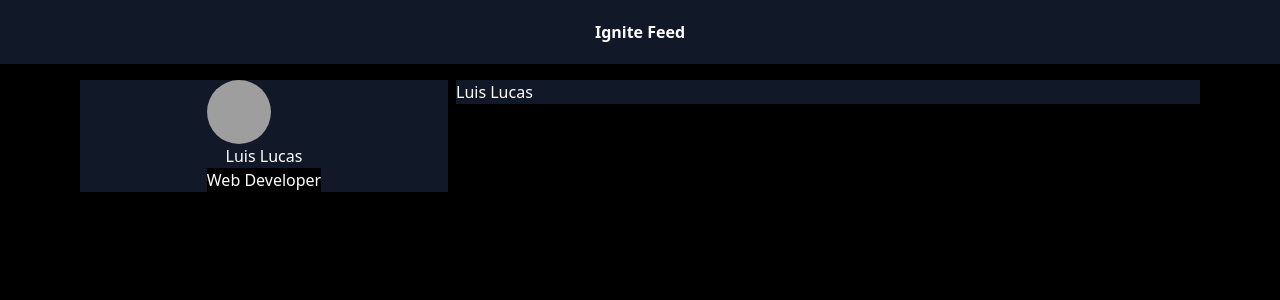
Repository: LuisSempre/ignite-feed
Page: /
An editor plug-in stored every save of this project. The page is shown before and after the next save, followed by the edit.
The browser window is 1280 px wide. The pictures show the whole page.
Pictures or frames that could not be fetched are drawn as grey boxes. The project was rebuilt for these pictures with package versions that can differ from the ones it lists, and the page was loaded fresh each time. Also part of the build but not shown: vite.config.js.

Above is the page before, as saved 2022-07-13 21:31:18.

### src/App.jsx
import { Header } from "./Components/Header"
import { Sidebar } from "./Components/Sidebar"
function App() {
  return (
    <div>
      <Header />
      <div className="max-w-6xl mx-auto p-4 grid grid-cols-3 gap-2 items-start">
        <Sidebar />
        <div className="bg-gray-900 col-span-2">
          Luis Lucas
        </div>
      </div>
    </div>
  );
}

export default App;

### src/index.css
@tailwind base;
@tailwind components;
@tailwind utilities;

* {
    @apply bg-black text-white;
}

h1 {
    @apply bg-gray-900
}

### src/Components/Header.jsx
export function Header() {
  return (
    <div className="flex max-w-7xl items-center justify-center h-16 bg-gray-900">
      <h1 className="font-bold bg-gray-900">Ignite Feed</h1>
    </div>
  )
}

### src/Components/Sidebar.jsx
export function Sidebar() {
  return (
    <div className="bg-gray-900 justify-center items-center grid text-center">
      <img
        className="w-16 h-16 rounded-full"
        src="https://avatars.githubusercontent.com/u/32404639?v=4"
        alt=""
      />
      <h1>Luis Lucas</h1>
      <span>Web Developer</span>
    </div>
  );
}

Loaded but not shown: index.html (common file); src/main.jsx (common file); tailwind.config.js (common file)

After the next save:
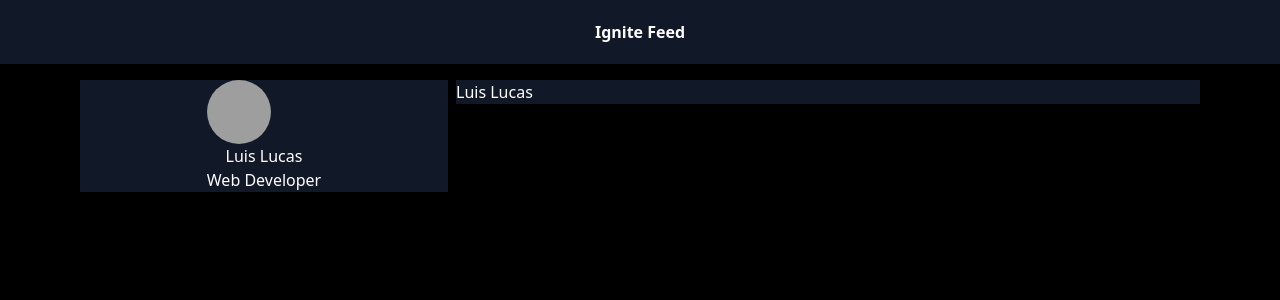
Saved 6 s later.
--- a/src/index.css
+++ b/src/index.css
@@ -6,6 +6,6 @@
     @apply bg-black text-white;
 }
 
-h1 {
+h1, span {
     @apply bg-gray-900
 }
